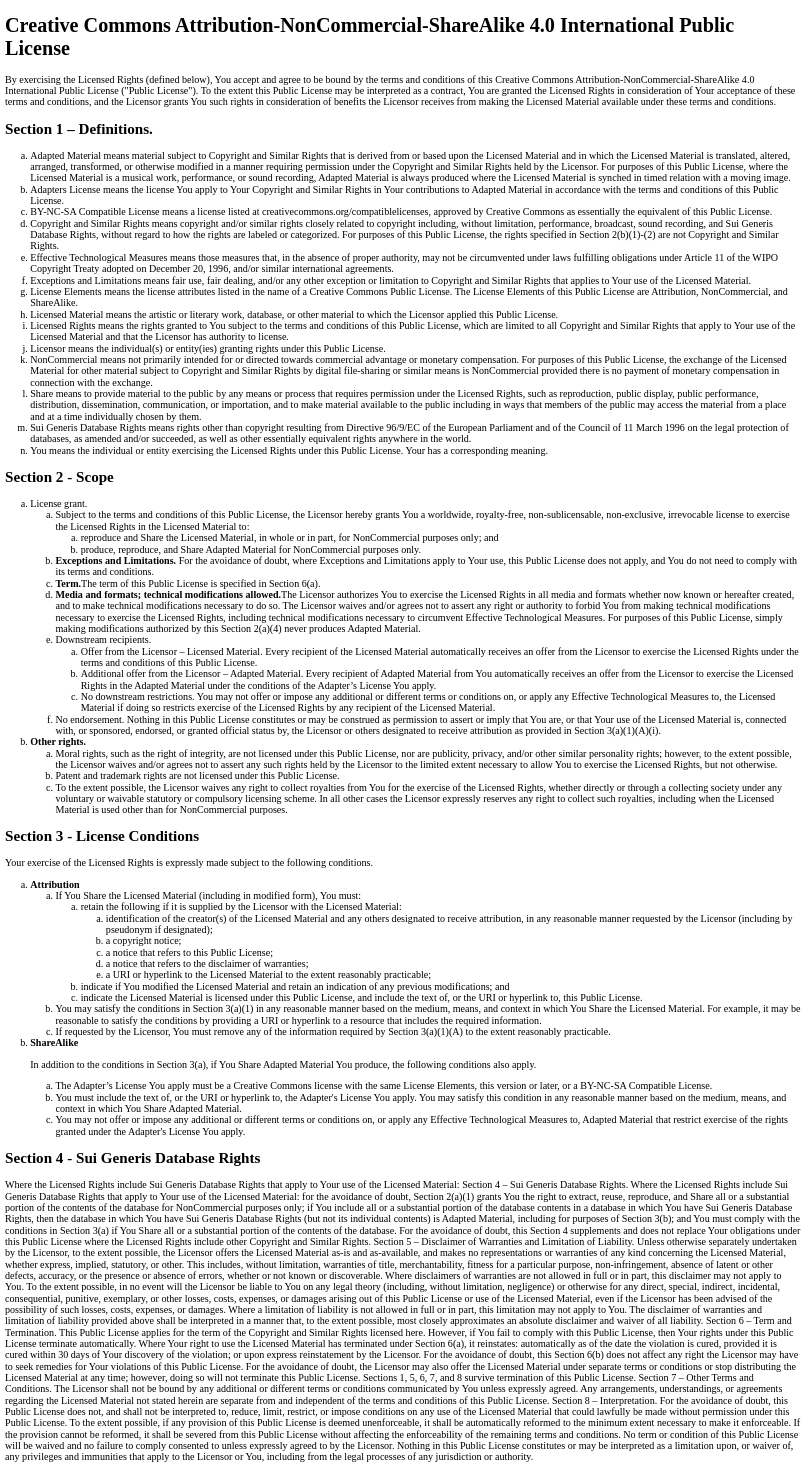
Repository: Team-Ikigami/Ascendance
Page: LICENSE-CC BY-NC-SA.html
These files come from the project's save history. The page is drawn as it stood at one moment and after the next save; the edit follows.
The browser window is 1280 px wide. The pictures show the whole page, at 63% of full size.

Above is the page before, as saved 2021-12-12 01:56:44.

### LICENSE-CC BY-NC-SA.html
<!DOCTYPE html>
<html lang="en">
<head>
	<meta charset="UTF-8">
	<meta http-equiv="X-UA-Compatible" content="IE=edge">
	<meta name="viewport" content="width=device-width, initial-scale=1.0">
	<title>LICENSE-CC BY-NC-SA</title>
	<style type="text/css">
		ol { list-style-type: lower-alpha; }
		#center { text-align: center; }
	</style>
</head>
<body>
	<h1 class="center">Creative Commons Attribution-NonCommercial-ShareAlike 4.0 International Public License</h1>
	<p>
		By exercising the Licensed Rights (defined below), You accept and agree to be bound by the terms and conditions of this Creative Commons Attribution-NonCommercial-ShareAlike 4.0 International Public License ("Public License"). To the extent this Public License may be interpreted as a contract, You are granted the Licensed Rights in consideration of Your acceptance of these terms and conditions, and the Licensor grants You such rights in consideration of benefits the Licensor receives from making the Licensed Material available under these terms and conditions.
	</p>
	<h2 class="center">Section 1 – Definitions.</h2>
	<ol>
		<li>Adapted Material means material subject to Copyright and Similar Rights that is derived from or based upon the Licensed Material and in which the Licensed Material is translated, altered, arranged, transformed, or otherwise modified in a manner requiring permission under the Copyright and Similar Rights held by the Licensor. For purposes of this Public License, where the Licensed Material is a musical work, performance, or sound recording, Adapted Material is always produced where the Licensed Material is synched in timed relation with a moving image.</li>
		<li>Adapters License means the license You apply to Your Copyright and Similar Rights in Your contributions to Adapted Material in accordance with the terms and conditions of this Public License.</li>
		<li>BY-NC-SA Compatible License means a license listed at creativecommons.org/compatiblelicenses, approved by Creative Commons as essentially the equivalent of this Public License.</li>
		<li>Copyright and Similar Rights means copyright and/or similar rights closely related to copyright including, without limitation, performance, broadcast, sound recording, and Sui Generis Database Rights, without regard to how the rights are labeled or categorized. For purposes of this Public License, the rights specified in Section 2(b)(1)-(2) are not Copyright and Similar Rights.</li>
		<li>Effective Technological Measures means those measures that, in the absence of proper authority, may not be circumvented under laws fulfilling obligations under Article 11 of the WIPO Copyright Treaty adopted on December 20, 1996, and/or similar international agreements.</li>
		<li>Exceptions and Limitations means fair use, fair dealing, and/or any other exception or limitation to Copyright and Similar Rights that applies to Your use of the Licensed Material.</li>
		<li>License Elements means the license attributes listed in the name of a Creative Commons Public License. The License Elements of this Public License are Attribution, NonCommercial, and ShareAlike.</li>
		<li>Licensed Material means the artistic or literary work, database, or other material to which the Licensor applied this Public License.</li>
		<li>Licensed Rights means the rights granted to You subject to the terms and conditions of this Public License, which are limited to all Copyright and Similar Rights that apply to Your use of the Licensed Material and that the Licensor has authority to license.</li>
		<li>Licensor means the individual(s) or entity(ies) granting rights under this Public License.</li>
		<li>NonCommercial means not primarily intended for or directed towards commercial advantage or monetary compensation. For purposes of this Public License, the exchange of the Licensed Material for other material subject to Copyright and Similar Rights by digital file-sharing or similar means is NonCommercial provided there is no payment of monetary compensation in connection with the exchange.</li>
		<li>Share means to provide material to the public by any means or process that requires permission under the Licensed Rights, such as reproduction, public display, public performance, distribution, dissemination, communication, or importation, and to make material available to the public including in ways that members of the public may access the material from a place and at a time individually chosen by them.</li>
		<li>Sui Generis Database Rights means rights other than copyright resulting from Directive 96/9/EC of the European Parliament and of the Council of 11 March 1996 on the legal protection of databases, as amended and/or succeeded, as well as other essentially equivalent rights anywhere in the world.</li>
		<li>You means the individual or entity exercising the Licensed Rights under this Public License. Your has a corresponding meaning.</li>
	</ol>
	<h2>Section 2 - Scope</h2>
	<ol>
		<li>License grant.
			<ol>
				<li>Subject to the terms and conditions of this Public License, the Licensor hereby grants You a worldwide, royalty-free, non-sublicensable, non-exclusive, irrevocable license to exercise the Licensed Rights in the Licensed Material to:
					<ol>
						<li>reproduce and Share the Licensed Material, in whole or in part, for NonCommercial purposes only; and</li>
						<li>produce, reproduce, and Share Adapted Material for NonCommercial purposes only.</li>
					</ol>
				</li>
				<li><b>Exceptions and Limitations.</b> For the avoidance of doubt, where Exceptions and Limitations apply to Your use, this Public License does not apply, and You do not need to comply with its terms and conditions.</li>
				<li><b>Term.</b>The term of this Public License is specified in Section 6(a).</li>
				<li><b>Media and formats; technical modifications allowed.</b>The Licensor authorizes You to exercise the Licensed Rights in all media and formats whether now known or hereafter created, and to make technical modifications necessary to do so. The Licensor waives and/or agrees not to assert any right or authority to forbid You from making technical modifications necessary to exercise the Licensed Rights, including technical modifications necessary to circumvent Effective Technological Measures. For purposes of this Public License, simply making modifications authorized by this Section 2(a)(4) never produces Adapted Material.</li>
				<li>Downstream recipients.
					<ol>
						<li>Offer from the Licensor – Licensed Material. Every recipient of the Licensed Material automatically receives an offer from the Licensor to exercise the Licensed Rights under the terms and conditions of this Public License.</li>
						<li>Additional offer from the Licensor – Adapted Material. Every recipient of Adapted Material from You automatically receives an offer from the Licensor to exercise the Licensed Rights in the Adapted Material under the conditions of the Adapter’s License You apply.</li>
						<li>No downstream restrictions. You may not offer or impose any additional or different terms or conditions on, or apply any Effective Technological Measures to, the Licensed Material if doing so restricts exercise of the Licensed Rights by any recipient of the Licensed Material.</li>
					</ol>
				</li>
				<li>No endorsement. Nothing in this Public License constitutes or may be construed as permission to assert or imply that You are, or that Your use of the Licensed Material is, connected with, or sponsored, endorsed, or granted official status by, the Licensor or others designated to receive attribution as provided in Section 3(a)(1)(A)(i).</li>
			</ol>
		</li>
		<li><b>Other rights.</b>
			<ol>
				<li>Moral rights, such as the right of integrity, are not licensed under this Public License, nor are publicity, privacy, and/or other similar personality rights; however, to the extent possible, the Licensor waives and/or agrees not to assert any such rights held by the Licensor to the limited extent necessary to allow You to exercise the Licensed Rights, but not otherwise.</li>
				<li>Patent and trademark rights are not licensed under this Public License.</li>
				<li>To the extent possible, the Licensor waives any right to collect royalties from You for the exercise of the Licensed Rights, whether directly or through a collecting society under any voluntary or waivable statutory or compulsory licensing scheme. In all other cases the Licensor expressly reserves any right to collect such royalties, including when the Licensed Material is used other than for NonCommercial purposes.</li>
			</ol>
		</li>
	</ol>
	<h2>Section 3 - License Conditions</h2>
	Your exercise of the Licensed Rights is expressly made subject to the following conditions.
	<ol>
		<li><b>Attribution</b>
			<ol>
				<li>If You Share the Licensed Material (including in modified form), You must:
					<ol>
						<li>retain the following if it is supplied by the Licensor with the Licensed Material:
							<ol>
								<li>identification of the creator(s) of the Licensed Material and any others designated to receive attribution, in any reasonable manner requested by the Licensor (including by pseudonym if designated);</li>
								<li>a copyright notice;</li>
								<li>a notice that refers to this Public License;</li>
								<li>a notice that refers to the disclaimer of warranties;</li>
								<li>a URI or hyperlink to the Licensed Material to the extent reasonably practicable;</li>
							</ol>
						</li>
						<li>indicate if You modified the Licensed Material and retain an indication of any previous modifications; and</li>
						<li>indicate the Licensed Material is licensed under this Public License, and include the text of, or the URI or hyperlink to, this Public License.</li>
					</ol>
				</li>
				<li>You may satisfy the conditions in Section 3(a)(1) in any reasonable manner based on the medium, means, and context in which You Share the Licensed Material. For example, it may be reasonable to satisfy the conditions by providing a URI or hyperlink to a resource that includes the required information.</li>
				<li>If requested by the Licensor, You must remove any of the information required by Section 3(a)(1)(A) to the extent reasonably practicable.</li>
			</ol>
		</li>
		<li><b>ShareAlike</b>
			<p>In addition to the conditions in Section 3(a), if You Share Adapted Material You produce, the following conditions also apply.</p>
			<ol>
				<li>The Adapter’s License You apply must be a Creative Commons license with the same License Elements, this version or later, or a BY-NC-SA Compatible License.</li>
				<li>You must include the text of, or the URI or hyperlink to, the Adapter's License You apply. You may satisfy this condition in any reasonable manner based on the medium, means, and context in which You Share Adapted Material.</li>
				<li>You may not offer or impose any additional or different terms or conditions on, or apply any Effective Technological Measures to, Adapted Material that restrict exercise of the rights granted under the Adapter's License You apply.</li>
			</ol>
		</li>
	</ol>
	<h2>Section 4 - Sui Generis Database Rights</h2>
	Where the Licensed Rights include Sui Generis Database Rights that apply to Your use of the Licensed Material:
</body>
</html>

Section 4 – Sui Generis Database Rights.

Where the Licensed Rights include Sui Generis Database Rights that apply to Your use of the Licensed Material:

for the avoidance of doubt, Section 2(a)(1) grants You the right to extract, reuse, reproduce, and Share all or a substantial portion of the contents of the database for NonCommercial purposes only;
if You include all or a substantial portion of the database contents in a database in which You have Sui Generis Database Rights, then the database in which You have Sui Generis Database Rights (but not its individual contents) is Adapted Material, including for purposes of Section 3(b); and
You must comply with the conditions in Section 3(a) if You Share all or a substantial portion of the contents of the database.
For the avoidance of doubt, this Section 4 supplements and does not replace Your obligations under this Public License where the Licensed Rights include other Copyright and Similar Rights.
Section 5 – Disclaimer of Warranties and Limitation of Liability.

Unless otherwise separately undertaken by the Licensor, to the extent possible, the Licensor offers the Licensed Material as-is and as-available, and makes no representations or warranties of any kind concerning the Licensed Material, whether express, implied, statutory, or other. This includes, without limitation, warranties of title, merchantability, fitness for a particular purpose, non-infringement, absence of latent or other defects, accuracy, or the presence or absence of errors, whether or not known or discoverable. Where disclaimers of warranties are not allowed in full or in part, this disclaimer may not apply to You.
To the extent possible, in no event will the Licensor be liable to You on any legal theory (including, without limitation, negligence) or otherwise for any direct, special, indirect, incidental, consequential, punitive, exemplary, or other losses, costs, expenses, or damages arising out of this Public License or use of the Licensed Material, even if the Licensor has been advised of the possibility of such losses, costs, expenses, or damages. Where a limitation of liability is not allowed in full or in part, this limitation may not apply to You.
The disclaimer of warranties and limitation of liability provided above shall be interpreted in a manner that, to the extent possible, most closely approximates an absolute disclaimer and waiver of all liability.
Section 6 – Term and Termination.

This Public License applies for the term of the Copyright and Similar Rights licensed here. However, if You fail to comply with this Public License, then Your rights under this Public License terminate automatically.
Where Your right to use the Licensed Material has terminated under Section 6(a), it reinstates:

automatically as of the date the violation is cured, provided it is cured within 30 days of Your discovery of the violation; or
upon express reinstatement by the Licensor.
For the avoidance of doubt, this Section 6(b) does not affect any right the Licensor may have to seek remedies for Your violations of this Public License.
For the avoidance of doubt, the Licensor may also offer the Licensed Material under separate terms or conditions or stop distributing the Licensed Material at any time; however, doing so will not terminate this Public License.
Sections 1, 5, 6, 7, and 8 survive termination of this Public License.
Section 7 – Other Terms and Conditions.

The Licensor shall not be bound by any additional or different terms or conditions communicated by You unless expressly agreed.
Any arrangements, understandings, or agreements regarding the Licensed Material not stated herein are separate from and independent of the terms and conditions of this Public License.
Section 8 – Interpretation.

For the avoidance of doubt, this Public License does not, and shall not be interpreted to, reduce, limit, restrict, or impose conditions on any use of the Licensed Material that could lawfully be made without permission under this Public License.
To the extent possible, if any provision of this Public License is deemed unenforceable, it shall be automatically reformed to the minimum extent necessary to make it enforceable. If the provision cannot be reformed, it shall be severed from this Public License without affecting the enforceability of the remaining terms and conditions.
No term or condition of this Public License will be waived and no failure to comply consented to unless expressly agreed to by the Licensor.
Nothing in this Public License constitutes or may be interpreted as a limitation upon, or waiver of, any privileges and immunities that apply to the Licensor or You, including from the legal processes of any jurisdiction or authority.

After the next save:
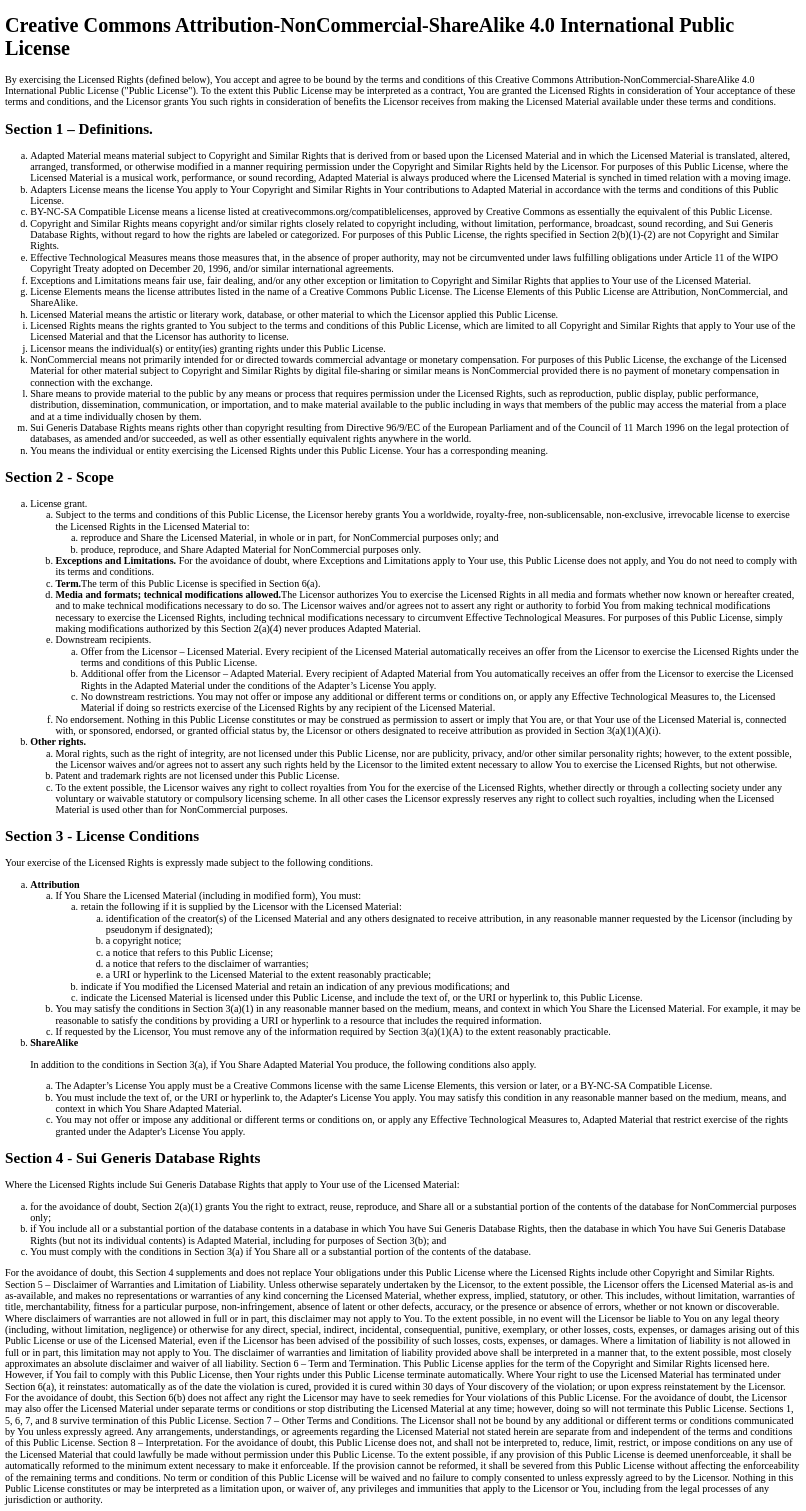
Saved 2 min 25 s later.
--- a/LICENSE-CC BY-NC-SA.html
+++ b/LICENSE-CC BY-NC-SA.html
@@ -98,17 +98,16 @@
 	</ol>
 	<h2>Section 4 - Sui Generis Database Rights</h2>
 	Where the Licensed Rights include Sui Generis Database Rights that apply to Your use of the Licensed Material:
+	<ol>
+		<li>for the avoidance of doubt, Section 2(a)(1) grants You the right to extract, reuse, reproduce, and Share all or a substantial portion of the contents of the database for NonCommercial purposes only;</li>
+		<li>if You include all or a substantial portion of the database contents in a database in which You have Sui Generis Database Rights, then the database in which You have Sui Generis Database Rights (but not its individual contents) is Adapted Material, including for purposes of Section 3(b); and</li>
+		<li>You must comply with the conditions in Section 3(a) if You Share all or a substantial portion of the contents of the database.</li>
+	</ol>
+	For the avoidance of doubt, this Section 4 supplements and does not replace Your obligations under this Public License where the Licensed Rights include other Copyright and Similar Rights.
+
 </body>
 </html>
 
-Section 4 – Sui Generis Database Rights.
-
-Where the Licensed Rights include Sui Generis Database Rights that apply to Your use of the Licensed Material:
-
-for the avoidance of doubt, Section 2(a)(1) grants You the right to extract, reuse, reproduce, and Share all or a substantial portion of the contents of the database for NonCommercial purposes only;
-if You include all or a substantial portion of the database contents in a database in which You have Sui Generis Database Rights, then the database in which You have Sui Generis Database Rights (but not its individual contents) is Adapted Material, including for purposes of Section 3(b); and
-You must comply with the conditions in Section 3(a) if You Share all or a substantial portion of the contents of the database.
-For the avoidance of doubt, this Section 4 supplements and does not replace Your obligations under this Public License where the Licensed Rights include other Copyright and Similar Rights.
 Section 5 – Disclaimer of Warranties and Limitation of Liability.
 
 Unless otherwise separately undertaken by the Licensor, to the extent possible, the Licensor offers the Licensed Material as-is and as-available, and makes no representations or warranties of any kind concerning the Licensed Material, whether express, implied, statutory, or other. This includes, without limitation, warranties of title, merchantability, fitness for a particular purpose, non-infringement, absence of latent or other defects, accuracy, or the presence or absence of errors, whether or not known or discoverable. Where disclaimers of warranties are not allowed in full or in part, this disclaimer may not apply to You.
